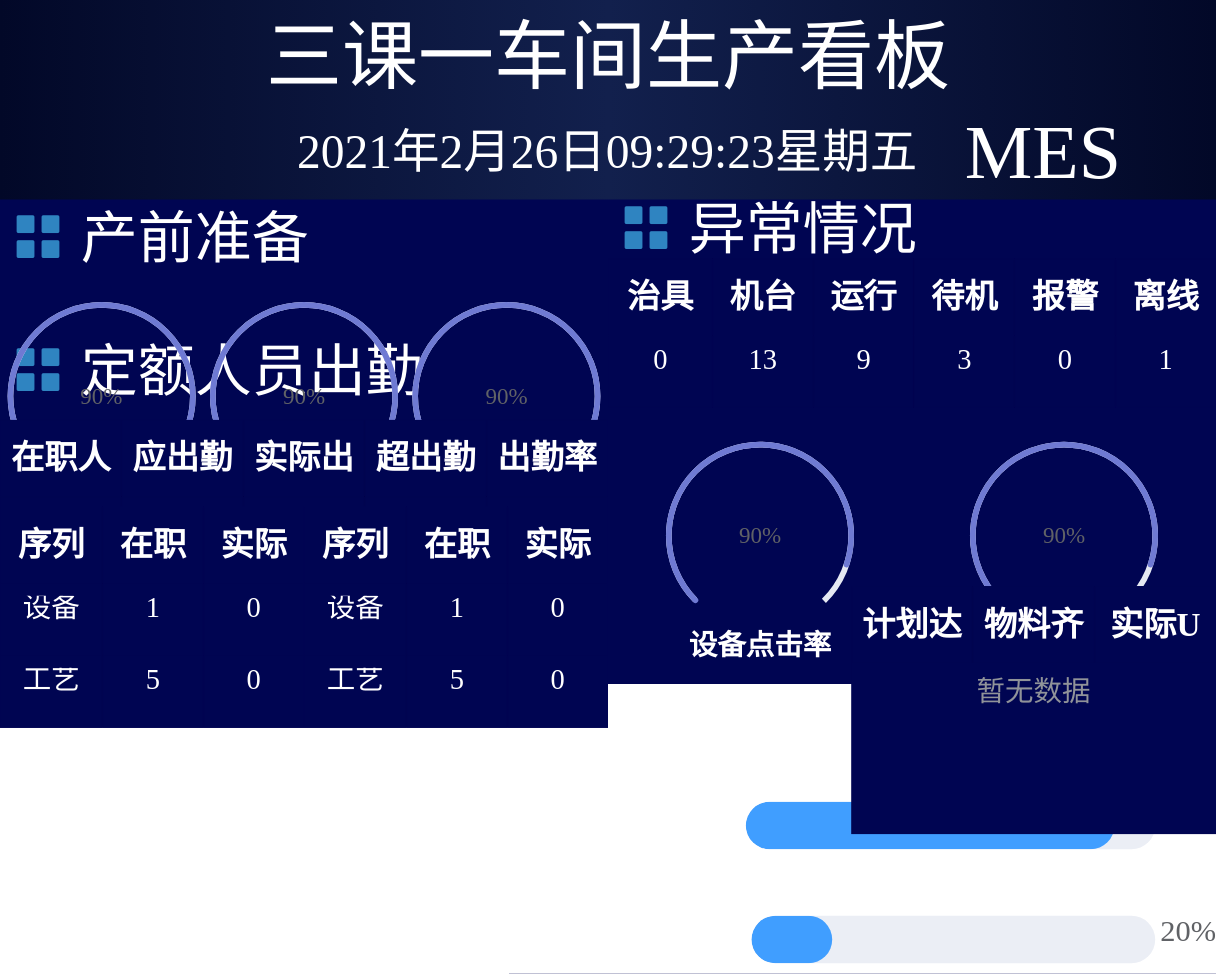
Repository: Bimbaloo/pv-view
Page: a.html
The author's editor kept a copy of each file at every save. The page is drawn from the files as they stood at one save, then again after the next save.
The browser window is 1280 px wide. The pictures show the whole page, at 95% of full size.

Above is the page before, as saved 2021-05-14 15:51:21.
Console error: ReferenceError: echarts is not defined

After the next save:
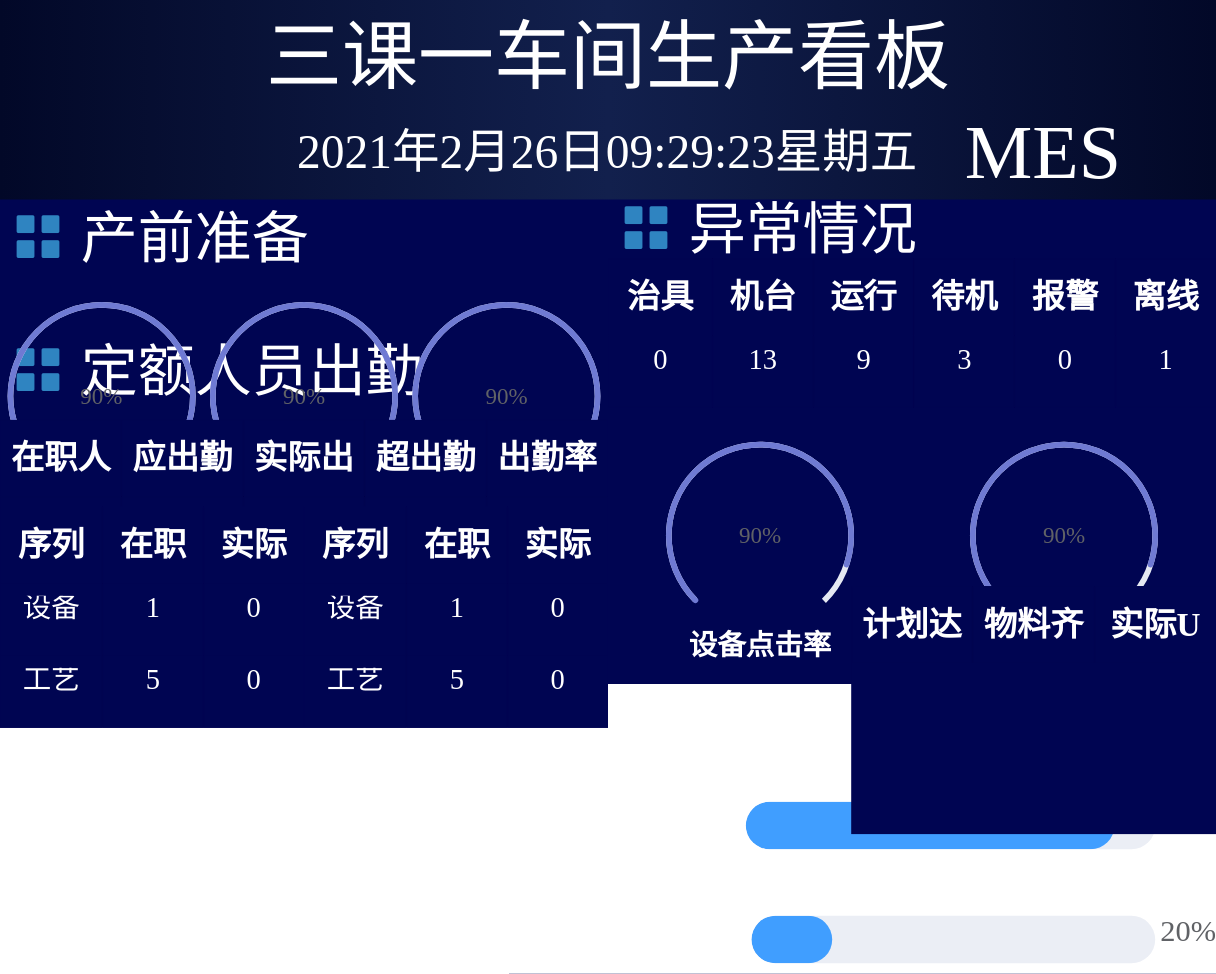
Saved 32 s later.
--- a/base.js
+++ b/base.js
@@ -187,7 +187,7 @@ var Main = new Vue({
       })
         .then((response) => {
           console.log(response);
-          this.data.tableData.data5 = response.data
+          this.tableData.data5 = response.data
         })
         .catch((error) => {
           console.log(error);
